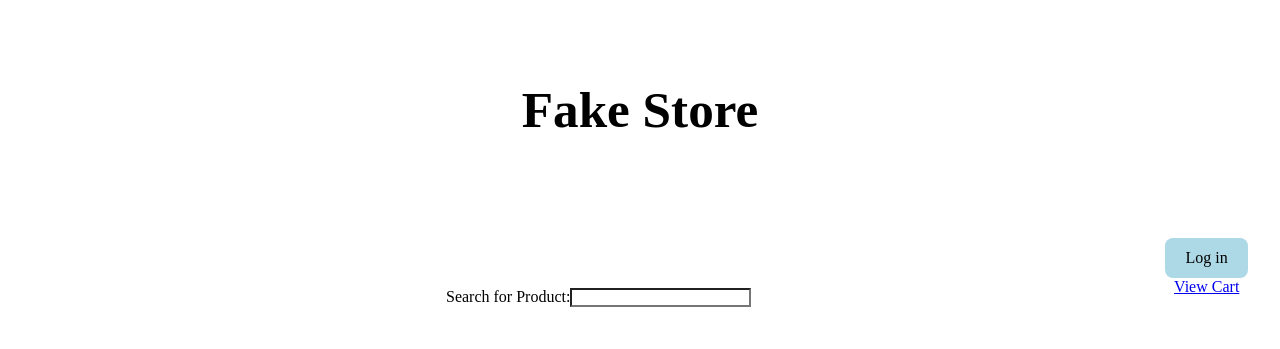
Repository: Andres513/CapStone
Page: /
These files come from the project's save history. The page is drawn as it stood at one moment and after a run of saves; the edit follows.
The browser window is 1280 px wide. The pictures show the whole page.
The page's requests for data from a server got no answer. The project was rebuilt for these pictures with package versions that can differ from the ones it lists, and the page was loaded fresh each time. No one was signed in, and anything a server would have sent is missing. Also part of the build but not shown: vite.config.js, src/components/Login.jsx, src/components/Cart.jsx, src/components/SingleProduct.jsx, src/components/ProductsByCategory.jsx, src/components/LoggedOut.jsx, src/components/Checkout.jsx.

Above is the page before, as saved 2024-04-11 11:22:03.

### index.html
<!doctype html>
<html lang="en">
  <head>
    <meta charset="UTF-8" />
    <link rel="icon" type="image/svg+xml" href="/vite.svg" />
    <meta name="viewport" content="width=device-width, initial-scale=1.0" />
    <title>Fake Store!</title>
  </head>
  <body>
    <div id="root"></div>
    <script type="module" src="/src/main.jsx"></script>
  </body>
</html>

### src/App.jsx
import { useState } from 'react'
import FetchProducts from './components/FetchProducts'
import './App.css'
import { Routes, Route } from 'react-router-dom'
import Login from './components/Login'
import SingleProduct from './components/SingleProduct'
import ProductsByCategories from './components/ProductsByCategory'
import Cart from './components/Cart'
import { CartProvider } from './components/CartContext'
import LogOut from './components/LoggedOut'
import Checkout from './components/Checkout'

function App() {
  const [token, setToken] = useState(null)
  const [products, setProducts] = useState([])
  const [price, setPrice] = useState('')
  const [email, setEmail] = useState('')
  const [password, setPassword] = useState('')
  const [isLoggedIn, setIsLoggedIn] = useState(false)
  const [loggedOut, setLoggedOut] = useState(false)

  const handleSetToken = (newToken) => {
    setToken(newToken)
    setIsLoggedIn(true)
  }
  const handleSetProducts = (newProducts) => {
    setProducts(newProducts)
  }
  const handleSetPrice = (newPrice) => {
    setPrice(newPrice)
  }
  const handleLogout = () => {
    setToken(null)
    setIsLoggedIn(false)
    setLoggedOut(true)
  }
  return (

    <CartProvider isLoggedIn={isLoggedIn}>
      <>
        <Routes>
          <Route path="/login" element={<Login token={token} setToken={handleSetToken} email={email} setEmail={setEmail} password={password} setPassword={setPassword} isLoggedIn={isLoggedIn} setIsLoggedIn={setIsLoggedIn} handleLogout={handleLogout} />} />
          <Route path="/" element={<FetchProducts token={token} setToken={handleSetToken} products={products} setProducts={handleSetProducts} price={price} setPrice={handleSetPrice} isLoggedIn={isLoggedIn} handleLogout={handleLogout} loggedOut={loggedOut} setLoggedOut={setLoggedOut} />} />
          <Route path="/products/:id" element={<SingleProduct token={token} isLoggedIn={isLoggedIn} />} />
          <Route path="/category/:category" element={<ProductsByCategories products={products} setProduct={handleSetProducts} />} />
          <Route path="/cart" element={<Cart isLoggedIn={isLoggedIn} />} />
          <Route path="/logout" element={<LogOut />} />
          <Route path="/checkout" element={<Checkout/>}/>
        </Routes>
      </>
    </CartProvider>
  )
}

export default App

### src/index.css

* {
  margin: 0;
  padding: 0;
  box-sizing: border-box;
}
h1 {
  font-size: 3.2em;
  line-height: 1.1;
  padding-top: 50px;
  padding-bottom: 100px;
}
input {
  background-color: white;
}
img {
  width: 70%;
  height: 70%;
}
.single-product > img {
  height: 60%;
  width: 60%;
  padding-top: 50px;
  padding-bottom: 50px;
}
.items-container {
  display: grid;
  grid-template-columns: repeat(auto-fill, minmax(330px, 1fr));
  grid-gap: 75px;
  padding-top: 50px;
}
.item {
  background-color: aliceblue;
  box-shadow: 5px 5px lightblue;
  transition: all .2s ease-in-out;
}
.item:hover {
  transform: scale(1.1);
}
.category-buttons {
  padding-bottom: 50px;
}
.category-container {
  display: grid;
  grid-template-columns: repeat(auto-fill, minmax(330px, 1fr));
  grid-gap: 100px;
  padding-top: 50px;

}
.category-item {
  transition: all .2s ease-in-out;
  background-color: aliceblue;
  box-shadow: 5px 5px lightblue;
}
.category-item:hover {
  transform: scale(1.1);
}
button {
  border-radius: 8px;
  border: 1px solid transparent;
  padding: 0.6em 1.2em;
  font-size: 1em;
  font-weight: 500;
  font-family: inherit;
  background-color: lightblue;
  cursor: pointer;
  transition: border-color 0.25s;
  transition: all .2s ease-in-out;
}
button:hover {
  transform: scale(1.1);
}
.navbar {
  float: right
}

### src/components/FetchProducts.jsx
import { useEffect, useState } from "react"
import { Link } from "react-router-dom"
import Login from "./Login"
import Categories from "./Categories"
import Cart from "./Cart"
import { useCart } from "./CartContext"

export default function FetchProducts({ products, setProducts, price, setPrice, token, setToken, isLoggedIn, setIsLoggedIn, handleLogout, loggedOut }) {
    const [error, setError] = useState(null)
    const [searched, setSearched] = useState('')
    const [addedToCart, setAddedToCart] = useState(false);
    const { cart, setCart } = useCart()

    useEffect(() => {
        async function fetchProducts() {
            try {
                const response = await fetch('https://fakestoreapi.com/products')
                const result = await response.json()
                setProducts(result)
                setPrice(result.price)
                console.log(result)
            } catch (error) {
                setError(error.message)
            }
        }
        fetchProducts()
    }, [])

    const searchedProduct = products.filter((product) => {
        return product.title.toLowerCase().includes(searched.toLowerCase());
    });

    console.log(isLoggedIn)
    return (
        <>
            <h1>Fake Store</h1>
            <nav className="navbar">
                {isLoggedIn ? (
                    <>
                        <Link to="/logout"><button onClick={handleLogout}>Log out</button><br /></Link>

                    </>
                ) : (
                    <Link to="/login"><button>Log in</button></Link>
                )}
                <br /><Link to="/cart">View Cart</Link>
            </nav>

            <Categories products={products} />
            <label className="search-bar">Search for Product:
                <input type="text" value={searched} onChange={(e) => setSearched(e.target.value)} />
            </label><br />

            <div className="items-container">
                {searchedProduct.map((product) => (
                    <div key={product.id} className="item">
                        <h3>{product.title}</h3>
                        <img src={product.image} alt={product.title} /><br />

                        <Link to={`/products/${product.id}`}>View Details</Link>

                    </div>
                ))}

            </div>
        </>
    )
}

### src/components/CartContext.jsx


import { createContext, useContext, useState, useEffect } from "react";

const CartContext = createContext()

export const useCart = () => useContext(CartContext)

export const CartProvider = ({ children }) => {
    const [cart, setCart] = useState(() => {
        const storedCart = localStorage.getItem('cart');
        return storedCart ? JSON.parse(storedCart) : [];
    });

    useEffect(() => {
        localStorage.setItem('cart', JSON.stringify(cart));
    }, [cart]);

    return (
        <CartContext.Provider value={{ cart, setCart }}>
            {children}
        </CartContext.Provider>
    )
}

### src/components/Categories.jsx
import { useState, useEffect } from "react";
import { Link } from "react-router-dom";

export default function Categories({ products }) {
    const [categories, setCategories] = useState([])

    useEffect(() => {
        async function fetchCategories() {
            try {
                const response = await fetch('https://fakestoreapi.com/products/categories')
                const result = await response.json()
                setCategories(result)
                console.log(categories)
            } catch (error) {
                console.error(error)
            }
        } fetchCategories()
    }, [])

    const filteredCategories = (category) => {
        return products.filter(product => product.category === category)
    }

    return (
        <div>
            <div className="category-buttons">
                {categories.map((category, index) => (
                    <button key={index}>
                        <Link to={`/category/${category}`}>{category}</Link>
                    </button>
                ))}
            </div>
        </div>
    );
}

Loaded but not shown: src/main.jsx (common file); src/App.css (common file)

After the next 2 saves:
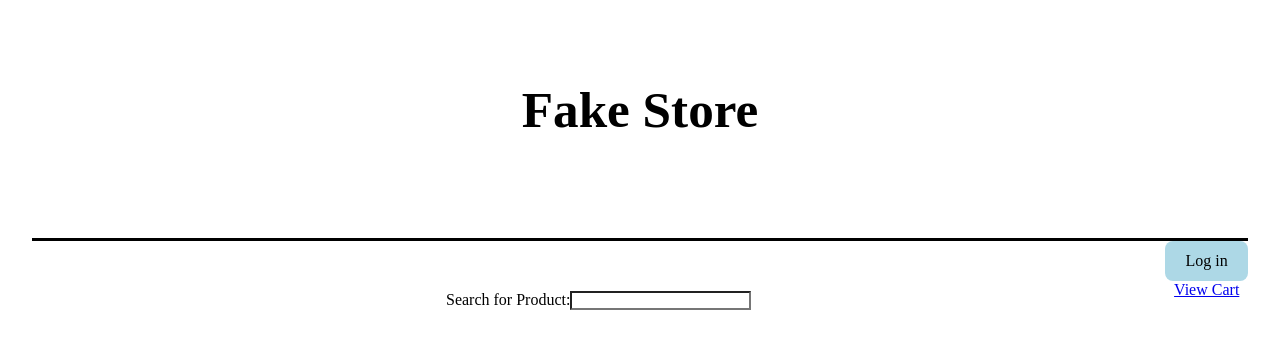
The 2 saves are shown as one change because they came seconds apart.
The last was saved 3 min 43 s later.
--- a/src/index.css
+++ b/src/index.css
@@ -9,6 +9,7 @@ h1 {
   line-height: 1.1;
   padding-top: 50px;
   padding-bottom: 100px;
+  border-bottom: 3px solid black;
 }
 input {
   background-color: white;
